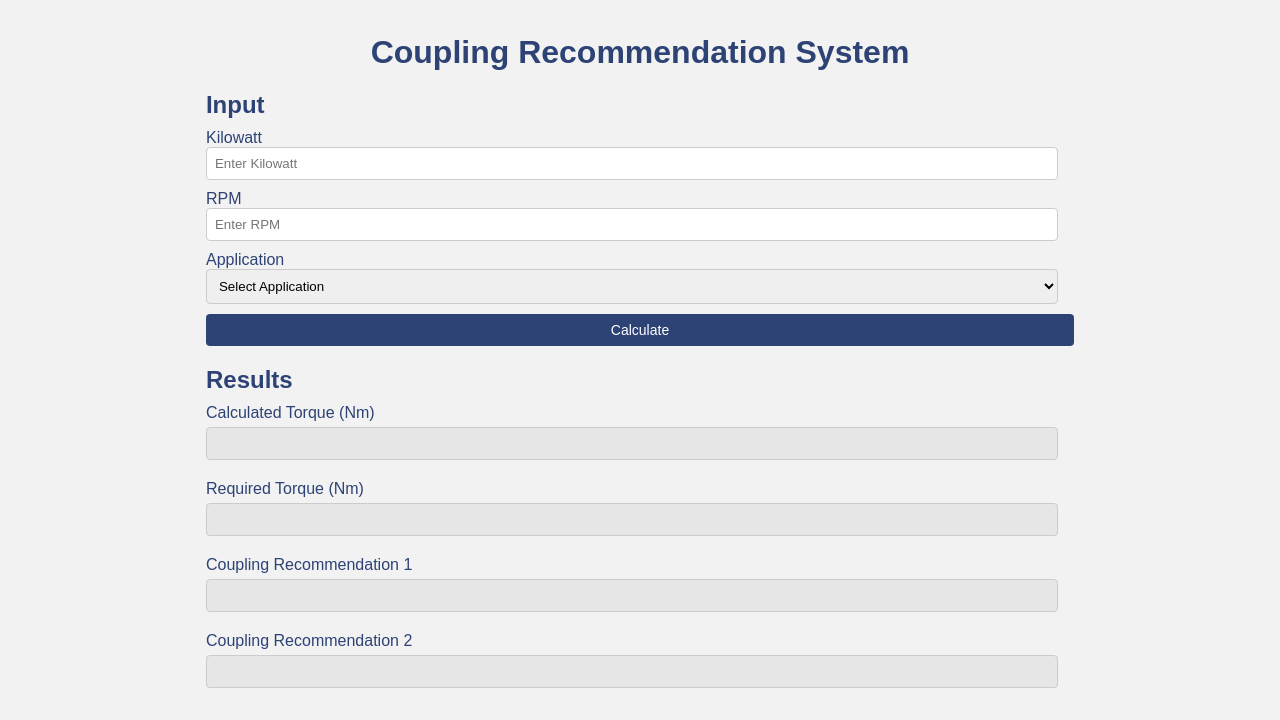
Repository: JustinSadie/calculator
Page: newIndex.html
An editor plug-in stored every save of this project. The page is shown before and after the next save, followed by the edit.
The browser window is 1280 px wide. The pictures show the whole page.

Above is the page before, as saved 2024-08-25 15:41:11.

### newIndex.html
<!DOCTYPE html>
<html lang="en">
  <head>
    <meta charset="UTF-8" />
    <meta name="viewport" content="width=device-width, initial-scale=1.0" />
    <title>Coupling Recommendation</title>
    <link rel="stylesheet" href="newCSS.css" />
  </head>
  <body>
    <div class="coupling-calculator">
      <h1>Coupling Recommendation System</h1>

      <div class="input-section">
        <h2>Input</h2>
        <label for="kilowatt">Kilowatt</label>
        <input
          type="number"
          id="kilowatt"
          placeholder="Enter Kilowatt"
          required
        />

        <label for="rotationSpeed">RPM</label>
        <input
          type="number"
          id="rotationSpeed"
          placeholder="Enter RPM"
          required
        />

        <label for="application">Application</label>
        <select id="application">
          <option value="">Select Application</option>
          <option value="1.2">Centrifugal Pumps</option>
          <option value="1.2">Fans</option>
          <option value="1.2">Belt Conveyors</option>
          <option value="1.6">Hammermill</option>
          <option value="1.6">Bucket Elevator</option>
          <option value="1.6">Scraper Conveyor</option>
          <option value="2.4">Reciprocating Pump</option>
          <option value="2.4">Compressor(3Cyl or less)</option>
          <option value="2">Crusher</option>
          <option value="2">Calender</option>
          <option value="2">Shaker</option>
          <option value="2">Compressor(4 Cyl or more)</option>
          <option value="4">Steel Mill rolers Tables</option>
          <option value="4">Heavy Reversing Drives</option>
        </select>
        <input
          type="text"
          id="customApplication"
          placeholder="Enter Custom Application"
          style="display: none"
        />

        <button onclick="displayResults()">Calculate</button>
      </div>

      <div class="output-section">
        <h2>Results</h2>
        <div class="result">
          <label for="torqueResult">Calculated Torque (Nm)</label>
          <input type="text" id="torqueResult" readonly />
        </div>

        <div class="result">
          <label for="coupRat">Required Torque (Nm)</label>
          <input type="text" id="coupRat" readonly />
        </div>

        <div class="result">
          <label for="brCouplingSuggest1">Coupling Recommendation 1</label>
          <input type="text" id="brCouplingSuggest1" readonly />
        </div>

        <div class="result">
          <label for="brCouplingSuggest2">Coupling Recommendation 2</label>
          <input type="text" id="brCouplingSuggest2" readonly />
        </div>
      </div>

      <script src="Coupling generator copy.js"></script>
    </div>
  </body>
</html>

### newCSS.css
/* Overall page styling */
body {
  font-family: Arial, sans-serif;
  margin: 0;
  padding: 0;
  background-color: #f2f2f2;
  color: #2d4275;
  display: flex;
  justify-content: center;
  align-items: center;
  min-height: 100vh;
}

.coupling-caclulator {
  max-width: 50%; /* Make the container half the width of the page */
  margin: 0 auto;
  padding: 20px;
  background-color: #ffffff;
  box-shadow: 0 0 10px rgba(0, 0, 0, 0.1);
  border: 2px solid #2d4275; /* Add border around the container */
  border-radius: 8px;
  box-sizing: border-box; /* Include padding and border in the width */
}

h1 {
  color: #2d4275;
  text-align: center;
  margin-bottom: 20px;
}

/* Input section styling */
.input-section {
  margin-bottom: 20px;
}

.input-section h2 {
  color: #2d4275;
  margin-bottom: 10px;
}

input,
select {
  padding: 8px; /* Make the input fields smaller */
  margin-bottom: 10px;
  width: calc(100% - 16px); /* Adjust width to account for padding and borders */
  border: 1px solid #ccc;
  border-radius: 4px;
  box-sizing: border-box;
}

button {
  padding: 8px 12px;
  background-color: #2d4275;
  color: #ffffff;
  border: none;
  border-radius: 4px;
  cursor: pointer;
  font-size: 14px; /* Adjust button font size */
  width: 100%;
}

button:hover {
  background-color: #1a2a4f;
}

/* Output section styling */
.output-section {
  margin-top: 20px;
}

.output-section h2 {
  color: #2d4275;
  margin-bottom: 10px;
}

.result {
  margin-bottom: 10px;
}

.result label {
  display: block;
  margin-bottom: 5px;
  color: #2d4275;
}

.result input {
  padding: 8px; /* Make the output fields smaller */
  border: 1px solid #ccc;
  border-radius: 4px;
  width: calc(100% - 16px); /* Adjust width to account for padding and borders */
  box-sizing: border-box;
  background-color: #f9f9f9;
}

.result input[readonly] {
  background-color: #e6e6e6;
  cursor: not-allowed;
}

### Coupling generator copy.js
lst = [97,128, 164, 187, 215, 255, 271, 314, 355, 428,
    471, 517, 618, 679, 706, 868, 889, 900,
    1089, 1227, 1296, 1392, 1427, 1641, 1768, 2081,
    2150, 2398, 2551, 2837, 3134, 3343, 3536, 3787,
    4274, 4873, 4963, 5326, 5860, 6645, 6721, 6978,
    7234, 8443, 8806, 9071, 9864, 10172, 10811, 11063,
    12835, 13359, 13870, 14165, 16126, 17502, 18434,
    20135, 20684, 21989, 24153, 28155, 28166, 29107,
    35206, 35584, 38136, 38177, 45784, 48006, 50019,
    52525, 55588, 58182, 68818, 72908, 75800, 79879,
    86627, 99418, 100312, 104658, 136282, 136785,
    152552, 178422, 208020, 234914, 366843
]


const bearingData = {
  black: {
    sizes: [97, 164, 271, 471, 679, 1089, 1641, 2551, 3787, 5326, 6721, 8443, 10811, 18434, 29107, 38177, 52525, 79879],
  },
  yellow: {
    sizes: [128, 215, 355, 618, 889, 1427, 2150, 3343, 4963, 6978, 8806, 11063, 14165, 24153, 38136, 50019, 68818, 104658],
  },
  blue: {
    sizes: [187, 314, 517, 900, 1296, 2081, 3134, 4873, 7234, 10172, 12835, 16126, 20684, 35206, 55588, 72908, 100312, 152552],
  },
  green: {
    sizes: [255, 428, 706, 1227, 1768, 2837, 4274, 6645, 9864, 13870, 17502, 21989, 28155, 48006, 75800, 99418, 136785, 208020],
  },
  red: {
    sizes: [517, 868, 1392, 2398, 3536, 5860, 9071, 13359, 20135, 28166, 35584, 45784, 58182, 86627, 136282, 178422, 234914, 366843],
  },
};

const sizeIndex = {
    "BR_95" : 0,
   "BR_115" : 1,
   "BR_135" : 2,
   "BR_155" : 3,
   "BR_179" : 4,
   "BR_206" : 5,
   "BR_236" : 6,
   "BR_276" : 7,
   "BR_306" : 8,
   "BR_336" : 9,
   "BR_366" : 10,
   "BR_406" : 11,
   "BR_446" : 12,
   "BR_506" : 13,
   "BR_556" : 14,
   "BR_636" : 15,
   "BR_716" : 16,
   "BR_826" : 17,
}


function calculateTorque(){
    var kilowatt = document.getElementById("kilowatt").value;
    var rotationSpeed = document.getElementById("rotationSpeed").value;
    var torque = ((kilowatt *  9550)/rotationSpeed);
    torqueResult = torque.toFixed(2) + " (Nm)";
    return {
        torqueresultText: torqueResult,
        torqueResultNumeric: torque,
    };

}

function getSafetyFactorValue(){
    var serviceFactor = document.getElementById("application").value;
    var customServiceFactor = document.getElementById("customApplication").value.trim();

    if (customServiceFactor) {
        return customServiceFactor;
    } else if (serviceFactor && serviceFactor !== "default") {
        return serviceFactor;
    } else {
        throw new Error("Please select an application or enter a custom application.");
    }
};


function calculateAndSetCouplingRating() {
    try {
        var torque = calculateTorque().torqueResultNumeric;
        var serviceFactor = getSafetyFactorValue();

        if (isNaN(serviceFactor)) {
            throw new Error("Invalid service factor input");
        }
        var couplingRating = Math.round(torque * serviceFactor);
        var couplingRatingResult = couplingRating + " (Nm)";

        return {
            couplingRatingText: couplingRatingResult,
            couplingRatingNumeric: couplingRating,
        };
    } catch (error) {
        console.error("Error in calculateAndSetCouplingRating:", error.message);
        return {
            error: error.message,
        };
    }
}



function nextNearestValue() {

    x = calculateAndSetCouplingRating().couplingRatingNumeric;

    for(const elem of lst){
        if(x <= elem) {
            const nextIndex = lst.indexOf(elem) + 1;
            if (nextIndex < lst.length) {
                return {
                    firstRecommendation : elem,
                    secondrecommendation : lst[nextIndex],
                };
            }
        }
    }
    return {
        firstRecommendation : elem,
        secondrecommendation : "none",
    }
}

function safetyFactor(nnv,torque){
    return (nnv/torque).toFixed(2);
}

function findColorAndSize(value) {
    for (const color in bearingData) {
      const sizes = bearingData[color].sizes;
      const index = sizes.indexOf(value);
      if (index !== -1) {
        const sizeKey = Object.keys(sizeIndex).find((key) => sizeIndex[key] === index);
        return {
          color: color,
          size: sizeKey,
        };
      }
    }
    return null;
}



function displayResults(){
    var newVal = calculateAndSetCouplingRating();
    document.getElementById('torqueResult').value=calculateTorque().torqueresultText;
    document.getElementById('coupRat').value=calculateAndSetCouplingRating().couplingRatingText;

    document.getElementById('brCouplingSuggest1').value=findColorAndSize(nextNearestValue().firstRecommendation).size + " - " + findColorAndSize(nextNearestValue().firstRecommendation).color;
    document.getElementById('brCouplingSuggest2').value=findColorAndSize(nextNearestValue().secondrecommendation).size + " - " + findColorAndSize(nextNearestValue().secondrecommendation).color;
    document.getElementById('sfCouplingSuggest1').value=safetyFactor(nextNearestValue().firstRecommendation, calculateTorque().torqueResultNumeric);
    document.getElementById('sfCouplingSuggest2').value=safetyFactor(nextNearestValue().secondrecommendation, calculateTorque().torqueResultNumeric);
}


function clearTable(){
    document.getElementById('kilowatt').value="";
    document.getElementById('rotationSpeed').value="";
    document.getElementById('serviceFactor').value="";
    document.getElementById('torqueResult').value="";
    document.getElementById('coupRat').value="";
    document.getElementById('brCouplingSuggest1').value="";
    document.getElementById('brCouplingSuggest2').value="";
}

function validateInput(inputId) {
    var inputElement = document.getElementById(inputId);
    var inputValue = inputElement.value.trim();

    if (inputValue === "") {
        alert("Input cannot be empty.");
        return false;
    }

    if (!/^\d+$/.test(inputValue)) {
        alert("Input must contain only numbers.");
        return false;
    }

    return true;
}

function validateForm() {
    if (!validateInput("kilowatt") || !validateInput("rotationSpeed")) {
        return false;
    }
    return true;
}

After the next save:
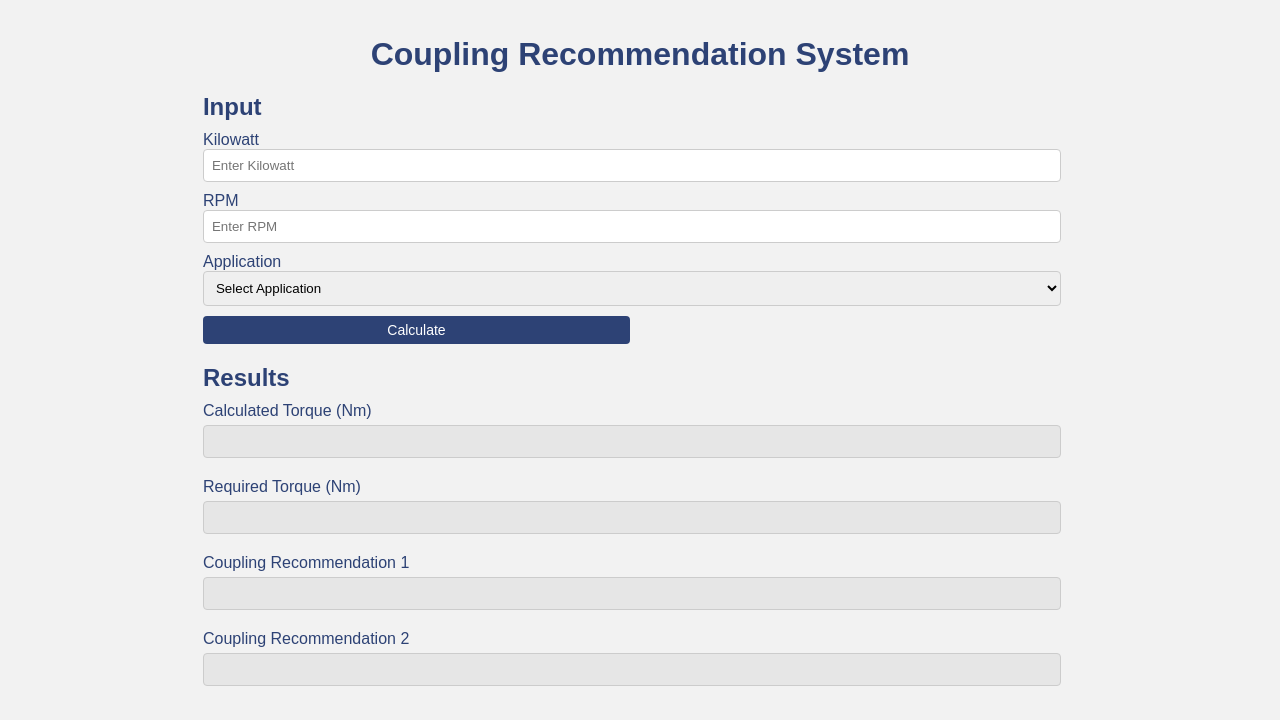
Saved 101 s later.
--- a/newCSS.css
+++ b/newCSS.css
@@ -49,18 +49,35 @@ select {
 }
 
 button {
-  padding: 8px 12px;
+  padding: 6px 10px;
   background-color: #2d4275;
   color: #ffffff;
   border: none;
   border-radius: 4px;
   cursor: pointer;
   font-size: 14px; /* Adjust button font size */
-  width: 100%;
+  width: calc(50% - 10px); /* Adjust width for smaller button */
+  margin-right: 10px; /* Add space between buttons */
 }
 
 button:hover {
   background-color: #1a2a4f;
+}
+
+/* Add styling for additional button */
+button.additional {
+  padding: 6px 10px;
+  background-color: #1a2a4f;
+  color: #ffffff;
+  border: none;
+  border-radius: 4px;
+  cursor: pointer;
+  font-size: 14px;
+  width: calc(50% - 10px); /* Same size as the primary button */
+}
+
+button.additional:hover {
+  background-color: #0d1a3b;
 }
 
 /* Output section styling */
